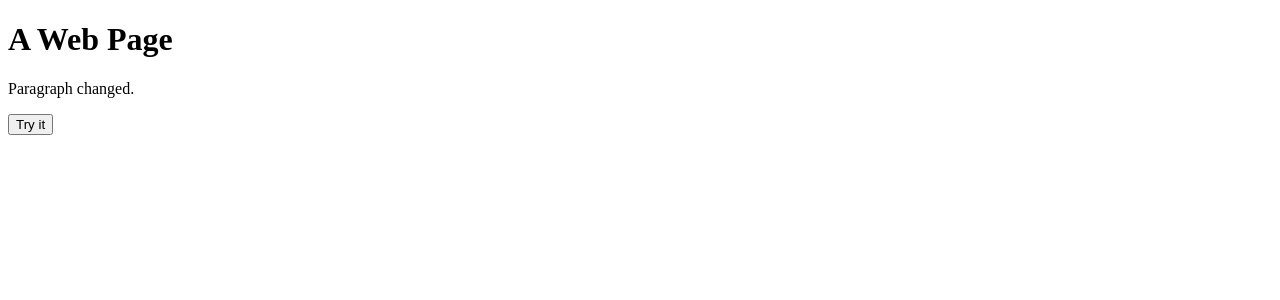
Repository: SanghunOh/learn_publising
Page: HtmlCss/WebContent/JavaScripts/whereto/inExternalFile.html
An editor plug-in stored every save of this project. The page is shown before and after the next save, followed by the edit.
The browser window is 1280 px wide. The pictures show the whole page.
After loading, the first visible `button` was clicked once.

Above is the page before, as saved 2018-05-07 03:39:52.

After the next save:
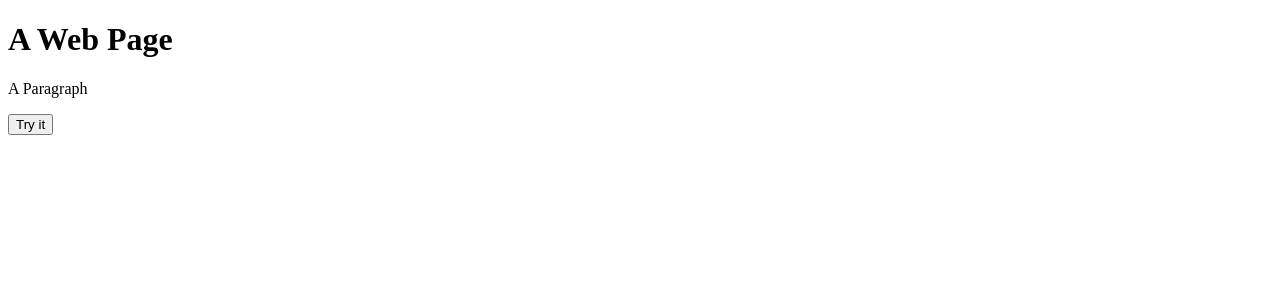
Console error: ReferenceError: myFunction is not defined
Saved 6 s later.
--- a/HtmlCss/WebContent/JavaScripts/whereto/inExternalFile.html
+++ b/HtmlCss/WebContent/JavaScripts/whereto/inExternalFile.html
@@ -3,11 +3,6 @@
 <head>
 <meta charset="UTF-8">
 <title>Insert title here</title>
-<script>
-	function myFunction() {
-		document.getElementById("demo").innerHTML = "Paragraph changed.";
-	}
-</script>
 </head>
 
 <body>
